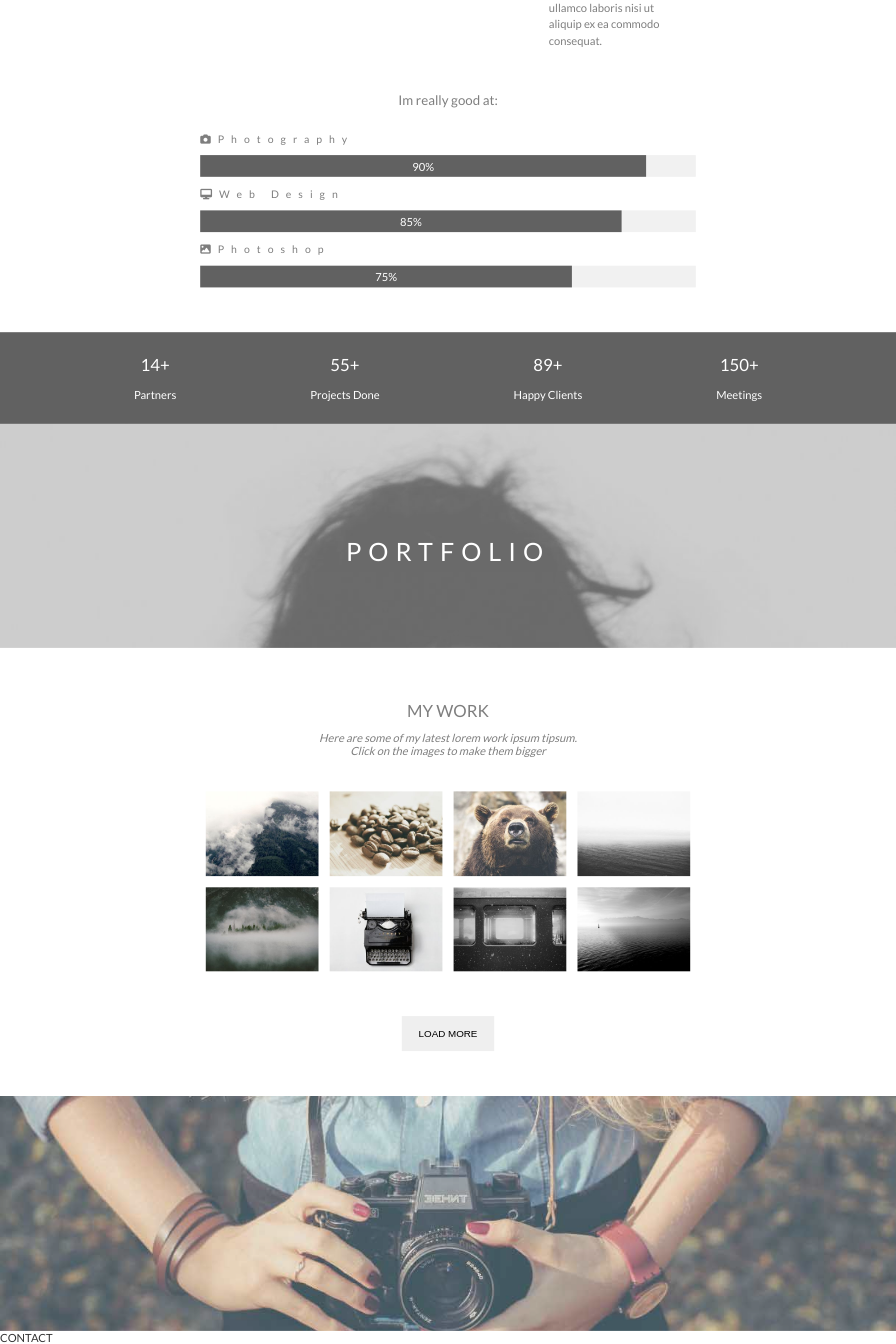
Repository: xd25vn/project-error
Page: index.html
These files come from the project's save history. The page is drawn as it stood at one moment and after the next save; the edit follows.
The browser window is 1280 px wide. The pictures show the part of the page from y = 1362 to 3282 px (the page is 3282 px tall before and 3263 px after), at 70% of full size.

Above is the page before, as saved 2023-09-03 17:14:00.

### index.html
<html lang="en">
<head>
    <meta charset="UTF-8">
    <meta name="viewport" content="width=device-width, initial-scale=1.0">
    <title>TEMPLATE PARALLAX</title>
    <link rel="stylesheet" href="./assets/base.css">
    <link rel="stylesheet" href="./assets/main.css">
    <link rel="stylesheet" href="https://fonts.googleapis.com/css?family=Lato">
    <link rel="stylesheet" href="./assets/font/fontawesome-free-6.4.0-web/fontawesome-free-6.4.0-web/css/all.min.css">
</head>
<body>
    <!--! HEADER -->
    <header>
        <!--? NAV -->
        <ul id="nav">
            <li><a href="#">Home</a></li>
            <li><a href="#"><i class="fa-solid fa-user"></i>About</a></li>
            <li><a href="#"><i class="fa fa-th"></i>Portfolio</a></li>
            <li><a href="#"><i class="fa-solid fa-envelope"></i>contact</a></li>
        </ul>
        <div class="nav-icon-search">
            <i class="fa-solid fa-magnifying-glass"></i>
        </div>
        <!--? NAV -->
    </header>
    <!--! HEADER -->
    <!--& SIDEBAR -->
    <div id="sidebar">
        <div class="sidebar-img-one"></div>
        <div class="sidebar-text-one">
            <span>MY WEBSITE LOGO</span>
        </div>
    </div>
    <!-- & SIDEBAR -->
    <div id="content">
        <div id="about">
            <h3 class="heading-section">ABOUT ME</h3>
            <p class="sub-heading-section">I love photography</p>
            <p class="about-section">We have created a fictional "personal" website/blog, and our fictional character is a hobby photographer. Lorem ipsum dolor sit amet, consectetur adipiscing elit, sed do eiusmod tempor incididunt ut labore et dolore magna aliqua. Ut enim ad minim veniam, quis nostrud exercitation ullamco laboris nisi ut aliquip ex ea commodo consequat. Duis aute irure dolor in reprehenderit in voluptate velit esse cillum dolore eu fugiat nulla pariatur. Excepteur sint occaecat cupidatat non proident, sunt in culpa qui officia deserunt mollit anim id est laborum consectetur adipiscing elit, sed do eiusmod tempor incididunt ut labore et dolore magna aliqua. Ut enim ad minim veniam, quis nostrud exercitation ullamco laboris nisi ut aliquip ex ea commodo consequat.</p>

            <div id="per-dec-one">
                <div class="per-img-one">
                    <div class="heading-per-one">
                        <b><i class="fa fa-user w3-margin-right"></i>My Name</b>
                    </div>
                    <br>
                    <div class="per-img">
                        <img src="./assets/image/per-dec-img/avatar_hat.jpg" alt="AVATER HAT">
                    </div>
                </div>

                <div class="per-text-one">
                    <p>Welcome to my website. I am lorem ipsum consectetur adipiscing elit, sed do eiusmod tempor incididunt ut labore et dolore magna aliqua. Ut enim ad minim veniam, quis nostrud exercitation ullamco laboris nisi ut aliquip ex ea commodo consequat. Duis aute irure dolor in reprehenderit in voluptate velit esse cillum dolore eu fugiat nulla pariatur. Excepteur sint occaecat cupidatat non proident, sunt in culpa qui officia deserunt mollit anim id est laborum consectetur adipiscing elit, sed do eiusmod tempor incididunt ut labore et dolore magna aliqua. Ut enim ad minim veniam, quis nostrud exercitation ullamco laboris nisi ut aliquip ex ea commodo consequat.</p>
                </div>
            </div>

            <div class="rate">
                <div class="rate-heading-one">
                        <p>Im really good at:</p>
                </div>
                <div class="wrapper-rate">
                    <div class="rate-section">
                        <div class="rate-section-text-one">
                            <p><i class="fa-solid fa-camera"></i>Photography</p>
                        </div>
                        <div class="rate-section-bg">
                            <div class="rate-section-sub-bg-one">
                                <p>90%</p>
                            </div>
                        </div>
                    </div>

                    <div class="rate-section">
                        <div class="rate-section-text-one">
                            <p><i class="fa-sharp fa-solid fa-desktop"></i>Web Design</p>
                        </div>
                        <div class="rate-section-bg">
                            <div class="rate-section-sub-bg-two">
                                <p>85%</p>
                            </div>
                        </div>
                    </div>

                    <div class="rate-section">
                        <div class="rate-section-text-one">
                            <p><i class="fa-solid fa-image"></i>Photoshop</p>
                        </div>
                        <div class="rate-section-bg">
                            <div class="rate-section-sub-bg-three">
                                <p>75%</p>
                            </div>
                        </div>
                    </div>
                </div>
            </div>
        </div>

        <div class="sum-number">
            <div class="value-section">
                <p class="heading-value">14+</p><br>
                <p>Partners</p>
            </div>

            <div class="value-section">
                <p class="heading-value">55+</p><br>
                <p>Projects Done</p>
            </div>

            <div class="value-section">
                <p class="heading-value">89+</p><br>
                <p>Happy Clients</p>
            </div>

            <div class="value-section">
                <p class="heading-value">150+</p><br>
                <p>Meetings</p>
            </div>
        </div>

        <div class="portfolio">
            <div class="heading-text">
                <p>PORTFOLIO</p>
            </div>
        </div>

        <div id="my-work">
            <div class="heading-work-one">
                <h3>MY WORK</h3>
            </div>

            <div class="sub-heading-work-one">
                <p>Here are some of my latest lorem work ipsum tipsum.<br>
                    Click on the images to make them bigger</p>
            </div>
            <br>
            <div class="work-list-img">
                <div class="work-list-img-one">
                    <div class="work-img-com">
                        <img src="./assets/image/work-list-img/p1.jpg" style="width: 100%;" alt="NONE">
                    </div>

                    <div class="work-img-com">
                        <img src="./assets/image/work-list-img/p2.jpg" style="width: 100%;" alt="NONE">
                    </div>

                    <div class="work-img-com">
                        <img src="./assets/image/work-list-img/p3.jpg" style="width: 100%;" alt="NONE">
                    </div>

                    <div class="work-img-com">
                        <img src="./assets/image/work-list-img/p4.jpg" style="width: 100%;" alt="NONE">
                    </div>
                </div>
                <div class="work-list-img-two">
                    <div class="work-img-com">
                        <img src="./assets/image/work-list-img/p5.jpg" style="width: 100%;" alt="NONE">
                    </div>

                    <div class="work-img-com">
                        <img src="./assets/image/work-list-img/p6.jpg" style="width: 100%;" alt="NONE">
                    </div>

                    <div class="work-img-com">
                        <img src="./assets/image/work-list-img/p7.jpg" style="width: 100%;" alt="NONE">
                    </div>

                    <div class="work-img-com">
                        <img src="./assets/image/work-list-img/p8.jpg" style="width: 100%;" alt="NONE">
                    </div>
                </div>
                <div class="work-btn">
                    <button>LOAD MORE</button>
                </div>
            </div>
        </div>

        <div id="contact">
            <p>CONTACT</p>
        </div>

        <div id="map-work">

        </div>
    </div>

    <footer id="footer">

    </footer>
</body>
</html>

### assets/base.css
* {
    margin: 0;
    padding: 0;
    box-sizing: border-box;
}
body {
    background-color: #fff;
    font-family: "Lato", sans-serif;
}

### assets/main.css
header {
    height: 43px;
    width: 100%;
    background-color: #fff;
    box-shadow: 0 0 10px rgba(0, 0, 0, 0.6);
    position: fixed;
    z-index: 1;
}

header #nav {
    display: flex;
    list-style: none;
    align-items: center;
    position: relative;
}

header #nav li {
    padding: 14px 16px;
    display: block;
}

header #nav li i {
    padding-right: 4px;
}

header
#nav
li a {
    text-decoration: none;
    color: #000;
    font-size: 15px;
    text-transform: uppercase;
}

header
#nav
li:hover {
    background: #ccc;
    cursor: pointer;
}

header
.nav-icon-search
i {
    position: absolute;
    top: 0;
    right: 0;
    padding: 14px 16px;
    text-align: center;
}

header .nav-icon-search:hover i {
    background-color: #f44336 !important;
    color: #fff;
    display: block;
    cursor: pointer;
}

#sidebar .sidebar-img-one {
    background: url(../assets/image/sidebar1.jpg) center / cover no-repeat;
    padding-top: calc(27% - 10.18px);
    opacity: 0.7;
    position: relative;
}

#sidebar .sidebar-text-one {
    background-color: #000 !important;
    position: absolute;
    padding: 12px 24px;
    left: 50%;
    transform: translateX(-50%);
    top: 23%;
    opacity: 0.8;
}

#sidebar .sidebar-text-one span {
    color: #fff;
    font-size: 24px;
    letter-spacing: 10;
}

#content #about {
    margin: 0px 270px;
    padding: 64px 16px;
}

#content #about .heading-section {
    margin: 10px 0px;
    font-size: 24px;
    font-weight: 400;
    text-align: center;
    opacity: 0.5;
}

#content #about .sub-heading-section {
    margin: 15px 0px;
    font-style: italic;
    text-align: center;
    opacity: 0.5;
}

#content #about .about-section {
    margin: 15px 0px;
    line-height: 1.8;
    opacity: 0.5;
}

#content #per-dec-one {
    display: flex;
}

#content #per-dec-one .per-img-one {
    padding: 12px 24px;
    text-align: center;
}

#content #per-dec-one .per-img-one .heading-per-one {
    margin: 15px 0px;
    font-size: 15px;
    opacity: 0.5;
}

#content #per-dec-one .per-img-one .heading-per-one i {
    padding-right: 8px;
}

#content #per-dec-one .per-img {
    width: 100%;
}

#content #per-dec-one .per-img img {
    height:  284px;
    width: 426px;
    opacity: 0.5;
}

#content #per-dec-one .per-img-one .per-img img:hover {
    opacity: 1;
}

#content #per-dec-one .per-text-one {
    margin: 15px 0;
    padding: 12px 24px;
    opacity: 0.5;
}

#content #per-dec-one .per-text-one p {
    line-height: 1.5;
}

#content .rate .rate-heading-one {
    margin: 18px 0px;
    padding: 16px 0px;
    text-align: center;
}

#content .rate .rate-heading-one p {
    font-size: 19px;
    opacity: 0.5;
}

.rate .rate-section .rate-section-text-one {
    margin: 15px 0;
}

.rate .rate-section .rate-section-text-one p {
    letter-spacing: 10px;
    font-size: 15px;
    opacity: 0.5;
}

.rate .rate-section .rate-section-bg {
    background-color: #f1f1f1;
    width: 100%;
}

.rate .rate-section .rate-section-bg .rate-section-sub-bg-one {
    background-color: #616161;
    width: 90%;
    padding: 6px 8px;
    text-align: center;
}

.rate .rate-section .rate-section-bg .rate-section-sub-bg-two {
    background-color: #616161;
    width: 85%;
    padding: 6px 8px;
    text-align: center;
}

.rate .rate-section .rate-section-bg .rate-section-sub-bg-three {
    background-color: #616161;
    width: 75%;
    padding: 6px 8px;
    text-align: center;
}

.rate .rate-section .rate-section-bg p {
    color: #fff;
}

#content .sum-number {
    display: flex;
    justify-content: space-evenly;
    background-color: #616161;
    padding: 16px 0px;
    text-align: center;
}

#content .sum-number .value-section {
    color: #fff;
    margin: 16px 0px;
}

#content .sum-number .value-section .heading-value {
    font-size: 24px;
}

#content .portfolio {
    background: url(../assets/image/parallax2.jpg) center / cover no-repeat;
    padding-top: 25%;
    width: 100%;
    opacity: 0.8;
    position: relative;
}

#content .portfolio .heading-text {
    position: absolute;
    top: 50%;
    left: 50%;
    transform: translateY(-50%);
    transform: translateX(-50%);
}

#content .portfolio .heading-text p {
    color: #fff;
    font-size: 36px;
    letter-spacing: 10px;
}

#content #my-work {
    margin: 0px 270px;
    padding: 64px 16px;
}

#content #my-work .heading-work-one {
    margin: 10px 0px;
    text-align: center;
}

#content #my-work .heading-work-one h3 {
    font-size: 24px;
    font-weight: 400;
    opacity: 0.5;
}

#content #my-work .sub-heading-work-one {
    text-align: center;
    margin: 15px 0px;
}

#content #my-work .sub-heading-work-one p {
    font-style: italic;
    opacity: 0.5;
}

#content #my-work .work-list-img .work-img-com {
    padding: 0px 8px;
    width: 25%;
}

#content #my-work .work-list-img .work-img-com:hover img {
    opacity: 0.7;
}

#content #my-work .work-list-img .work-list-img-one {
    display: inline-flex;
    margin-top: 15px;
}

#content #my-work .work-list-img .work-list-img-two {
    display: inline-flex;
    margin-top: 16px;
}

#content #my-work .work-btn {
    margin-top: 64px;
    text-align: center;
}

#content #my-work .work-btn button:hover {
    background-color: #ccc;
}

#content #my-work .work-btn button {
    padding: 17px 24px;
    border: none;
    cursor: pointer;
    font-size: 14px;
}

#content #contact {
    background: url(../assets/image/contact.jpg) center / cover no-repeat;
    width: 100%;
    padding-top: calc(27% - 10.18px);
    opacity: 0.8;
    position: relative;
}

#content #contact p {
    position: absolute;
}

Loaded but not shown: assets/font/fontawesome-free-6.4.0-web/fontawesome-free-6.4.0-web/css/all.min.css (library)

After the next save:
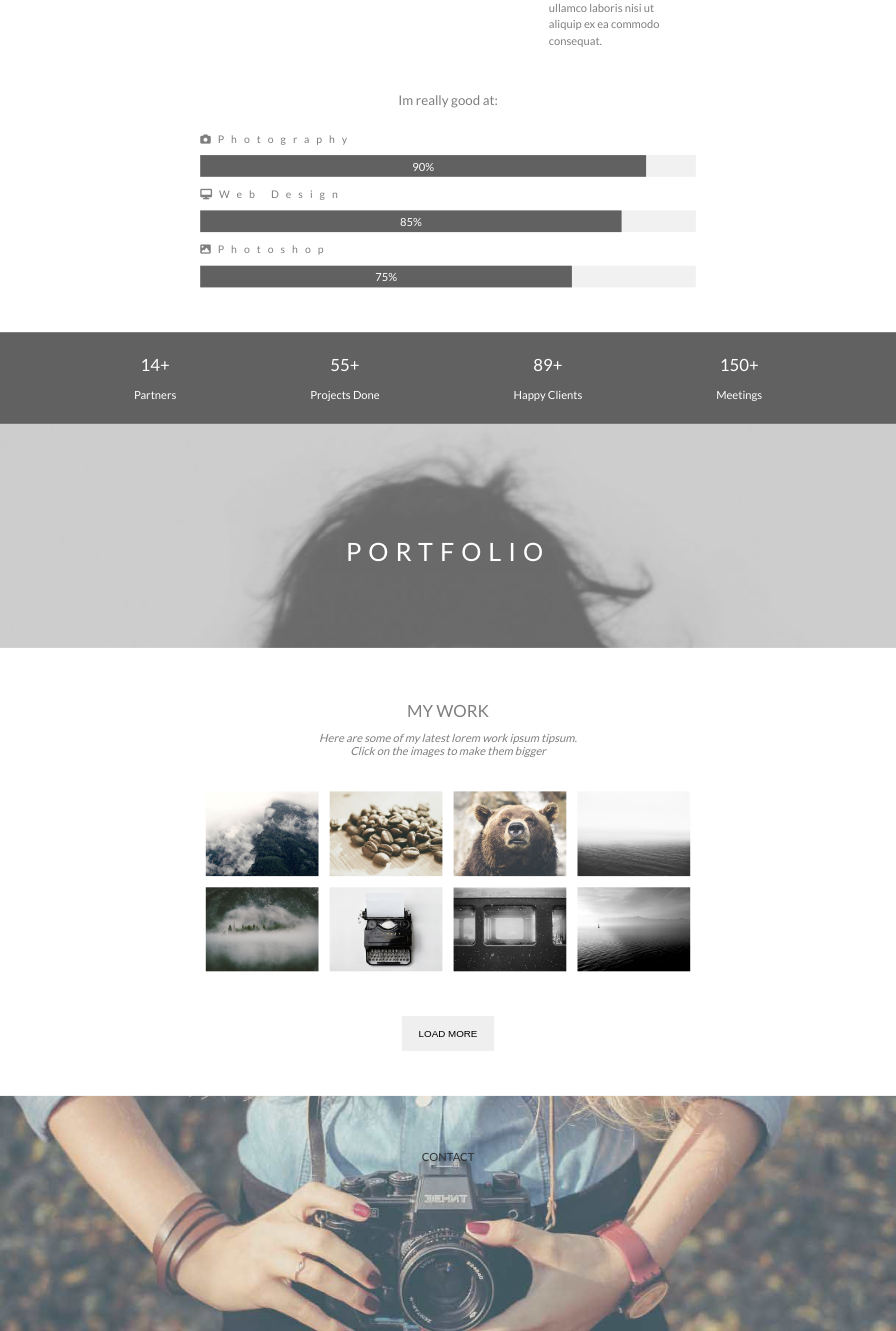
Saved 23 s later.
--- a/assets/main.css
+++ b/assets/main.css
@@ -309,4 +309,7 @@ header .nav-icon-search:hover i {
 
 #content #contact p {
     position: absolute;
-}
+    left: 50%;
+    transform: translateX(-50%);
+    top: 23%;
+}
